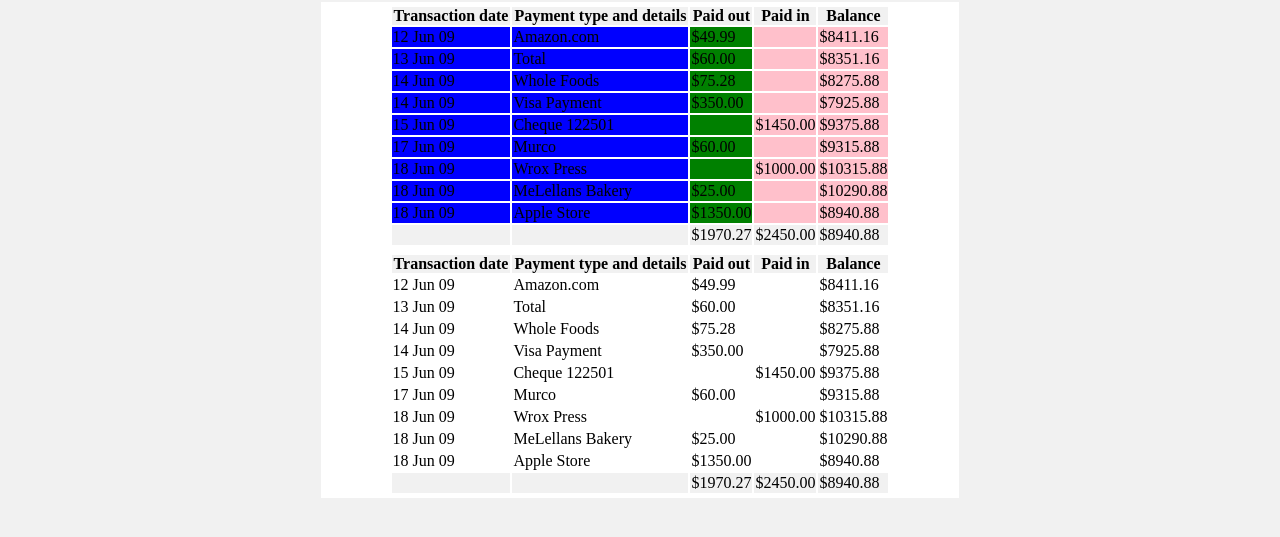
Repository: watermelonfee/HTCNWEB
Page: CSS/Tuan03/Bai3/Bai3.html
These files come from the project's save history. The page is drawn as it stood at one moment and after the next save; the edit follows.
The browser window is 1280 px wide. The pictures show the whole page.

Above is the page before, as saved 2023-03-13 23:25:34.

### CSS/Tuan03/Bai3/Bai3.html
<!DOCTYPE html>
<html lang="en">

<head>
    <meta charset="UTF-8">
    <meta name="viewport" content="width=device-width, initial-scale=1.0">
    <link rel="stylesheet" href="bai3.css">
    <title>bai3 CSS</title>
</head>

<body>
    <div id="content1" class="container-1">
        <table class="tab">
            <colgroup class="tab__colGr">
                <col class="tab__colGr__col1--background" span="2">
                <col class="tab__colGr__col2--background" span="1">
                <col class="tab__colGr__col3--background" span="2">
            </colgroup>
            <tr class="tab__tr">
                <th class="tab__tr__th">Transaction date</th>
                <th class="tab__tr__th">Payment type and details</th>
                <th class="tab__tr__th">Paid out</th>
                <th class="tab__tr__th">Paid in</th>
                <th class="tab__tr__th">Balance</th>
            </tr>
            <tr class="tab__tr">
                <td class="tab__tr__td">12 Jun 09</td>
                <td class="tab__tr__td">Amazon.com</td>
                <td class="tab__tr__td">$49.99</td>
                <td class="tab__tr__td"></td>
                <td class="tab__tr__td">$8411.16</td>
            </tr>
            <tr class="tab__tr">
                <td class="tab__tr__td">13 Jun 09</td>
                <td class="tab__tr__td">Total</td>
                <td class="tab__tr__td">$60.00</td>
                <td class="tab__tr__td"></td>
                <td class="tab__tr__td">$8351.16</td>
            </tr>
            <tr class="tab__tr">
                <td class="tab__tr__td">14 Jun 09</td>
                <td class="tab__tr__td">Whole Foods</td>
                <td class="tab__tr__td">$75.28</td>
                <td class="tab__tr__td"></td>
                <td class="tab__tr__td">$8275.88</td>
            </tr>
            <tr class="tab__tr">
                <td class="tab__tr__td">14 Jun 09</td>
                <td class="tab__tr__td">Visa Payment</td>
                <td class="tab__tr__td">$350.00</td>
                <td class="tab__tr__td"></td>
                <td class="tab__tr__td">$7925.88</td>
            </tr>
            <tr class="tab__tr">
                <td class="tab__tr__td">15 Jun 09</td>
                <td class="tab__tr__td">Cheque 122501</td>
                <td class="tab__tr__td"></td>
                <td class="tab__tr__td">$1450.00</td>
                <td class="tab__tr__td">$9375.88</td>
            </tr>
            <tr class="tab__tr">
                <td class="tab__tr__td">17 Jun 09</td>
                <td class="tab__tr__td">Murco</td>
                <td class="tab__tr__td">$60.00</td>
                <td class="tab__tr__td"></td>
                <td class="tab__tr__td">$9315.88</td>
            </tr>
            <tr class="tab__tr">
                <td class="tab__tr__td">18 Jun 09</td>
                <td class="tab__tr__td">Wrox Press</td>
                <td class="tab__tr__td"></td>
                <td class="tab__tr__td">$1000.00</td>
                <td class="tab__tr__td">$10315.88</td>
            </tr>
            <tr class="tab__tr">
                <td class="tab__tr__td">18 Jun 09</td>
                <td class="tab__tr__td">MeLellans Bakery</td>
                <td class="tab__tr__td">$25.00</td>
                <td class="tab__tr__td"></td>
                <td class="tab__tr__td">$10290.88</td>
            </tr>
            <tr class="tab__tr">
                <td class="tab__tr__td">18 Jun 09</td>
                <td class="tab__tr__td">Apple Store</td>
                <td class="tab__tr__td">$1350.00</td>
                <td class="tab__tr__td"></td>
                <td class="tab__tr__td">$8940.88</td>
            </tr>
            <tr class="tab__tr tab__tr--background">
                <td class="tab__tr__td"></td>
                <td class="tab__tr__td"></td>
                <td class="tab__tr__td">$1970.27</td>
                <td class="tab__tr__td">$2450.00</td>
                <td class="tab__tr__td">$8940.88</td>
            </tr>
        </table>
    </div>
    <div id="content2" class="container-2">
        <table class="tab">
            <colgroup class="tab__colGr">
                <col class="container-2__tab__colGr__col--background" span="2">
                <col class="container-2__tab__colGr__col--background" span="1">
                <col class="container-2__tab__colGr__col--background" span="2">
            </colgroup>
            <tr class="tab__tr">
                <th class="tab__tr__th">Transaction date</th>
                <th class="tab__tr__th">Payment type and details</th>
                <th class="tab__tr__th">Paid out</th>
                <th class="tab__tr__th">Paid in</th>
                <th class="tab__tr__th">Balance</th>
            </tr>
            <tr class="tab__tr">
                <td class="tab__tr__td">12 Jun 09</td>
                <td class="tab__tr__td">Amazon.com</td>
                <td class="tab__tr__td">$49.99</td>
                <td class="tab__tr__td"></td>
                <td class="tab__tr__td">$8411.16</td>
            </tr>
            <tr class="tab__tr">
                <td class="tab__tr__td">13 Jun 09</td>
                <td class="tab__tr__td">Total</td>
                <td class="tab__tr__td">$60.00</td>
                <td class="tab__tr__td"></td>
                <td class="tab__tr__td">$8351.16</td>
            </tr>
            <tr class="tab__tr">
                <td class="tab__tr__td">14 Jun 09</td>
                <td class="tab__tr__td">Whole Foods</td>
                <td class="tab__tr__td">$75.28</td>
                <td class="tab__tr__td"></td>
                <td class="tab__tr__td">$8275.88</td>
            </tr>
            <tr class="tab__tr">
                <td class="tab__tr__td">14 Jun 09</td>
                <td class="tab__tr__td">Visa Payment</td>
                <td class="tab__tr__td">$350.00</td>
                <td class="tab__tr__td"></td>
                <td class="tab__tr__td">$7925.88</td>
            </tr>
            <tr class="tab__tr">
                <td class="tab__tr__td">15 Jun 09</td>
                <td class="tab__tr__td">Cheque 122501</td>
                <td class="tab__tr__td"></td>
                <td class="tab__tr__td">$1450.00</td>
                <td class="tab__tr__td">$9375.88</td>
            </tr>
            <tr class="tab__tr">
                <td class="tab__tr__td">17 Jun 09</td>
                <td class="tab__tr__td">Murco</td>
                <td class="tab__tr__td">$60.00</td>
                <td class="tab__tr__td"></td>
                <td class="tab__tr__td">$9315.88</td>
            </tr>
            <tr class="tab__tr">
                <td class="tab__tr__td">18 Jun 09</td>
                <td class="tab__tr__td">Wrox Press</td>
                <td class="tab__tr__td"></td>
                <td class="tab__tr__td">$1000.00</td>
                <td class="tab__tr__td">$10315.88</td>
            </tr>
            <tr class="tab__tr">
                <td class="tab__tr__td">18 Jun 09</td>
                <td class="tab__tr__td">MeLellans Bakery</td>
                <td class="tab__tr__td">$25.00</td>
                <td class="tab__tr__td"></td>
                <td class="tab__tr__td">$10290.88</td>
            </tr>
            <tr class="tab__tr">
                <td class="tab__tr__td">18 Jun 09</td>
                <td class="tab__tr__td">Apple Store</td>
                <td class="tab__tr__td">$1350.00</td>
                <td class="tab__tr__td"></td>
                <td class="tab__tr__td">$8940.88</td>
            </tr>
            <tr class="tab__tr tab__tr--background">
                <td class="tab__tr__td"></td>
                <td class="tab__tr__td"></td>
                <td class="tab__tr__td">$1970.27</td>
                <td class="tab__tr__td">$2450.00</td>
                <td class="tab__tr__td">$8940.88</td>
            </tr>
        </table>
    </div>
</body>

</html>

### CSS/Tuan03/Bai3/bai3.css
* {
    margin: 0 auto;
    box-sizing: border-box;
    padding: 1px;
}

body {
    background-color: #f1f1f1;
}

.container-1,
.container-2 {
    background-color: white;
    width: 50%;
}

.tab {
    border: 1px solid white;
}

.tab__colGr__col1--background {
    background-color: blue;
}

.tab__colGr__col2--background {
    background-color: green;
}

.tab__colGr__col3--background {
    background-color: pink;
}

.tab__tr__th {
    background-color: #f1f1f1;
    padding: 0px 2px 0px 2px;
}

.tab__tr--background {
    background-color: #f1f1f1;
}

.container-2__tab__colGr__col--background {
    background-color: white;
}

After the next save:
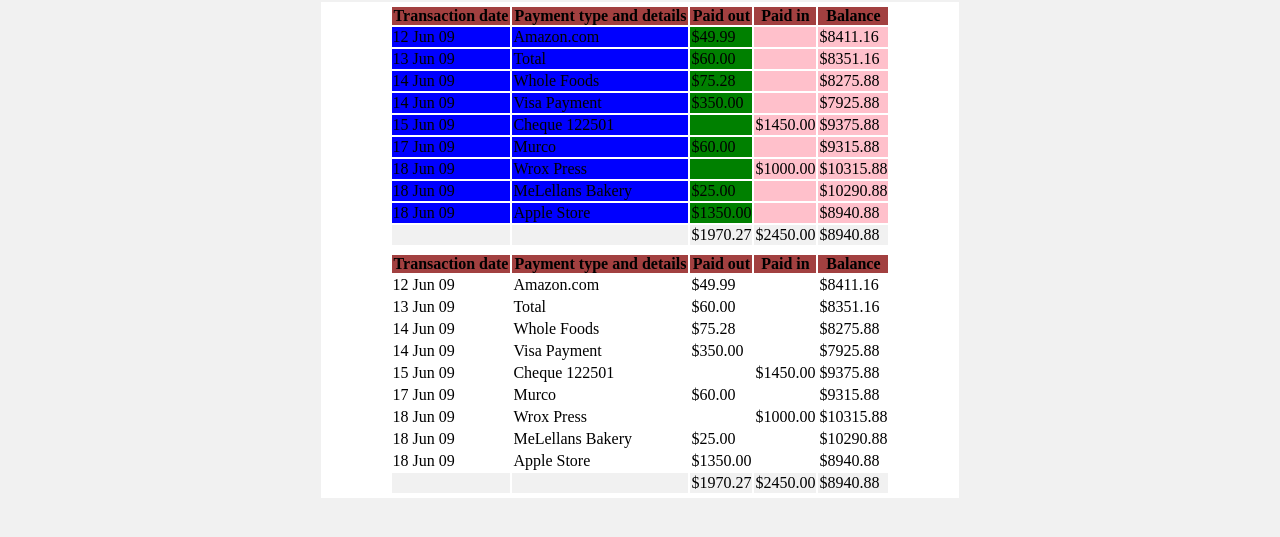
Saved 10 s later.
--- a/CSS/Tuan03/Bai3/bai3.css
+++ b/CSS/Tuan03/Bai3/bai3.css
@@ -31,7 +31,7 @@
 }
 
 .tab__tr__th {
-    background-color: #f1f1f1;
+    background-color: #a24040;
     padding: 0px 2px 0px 2px;
 }
 

After the save that followed:
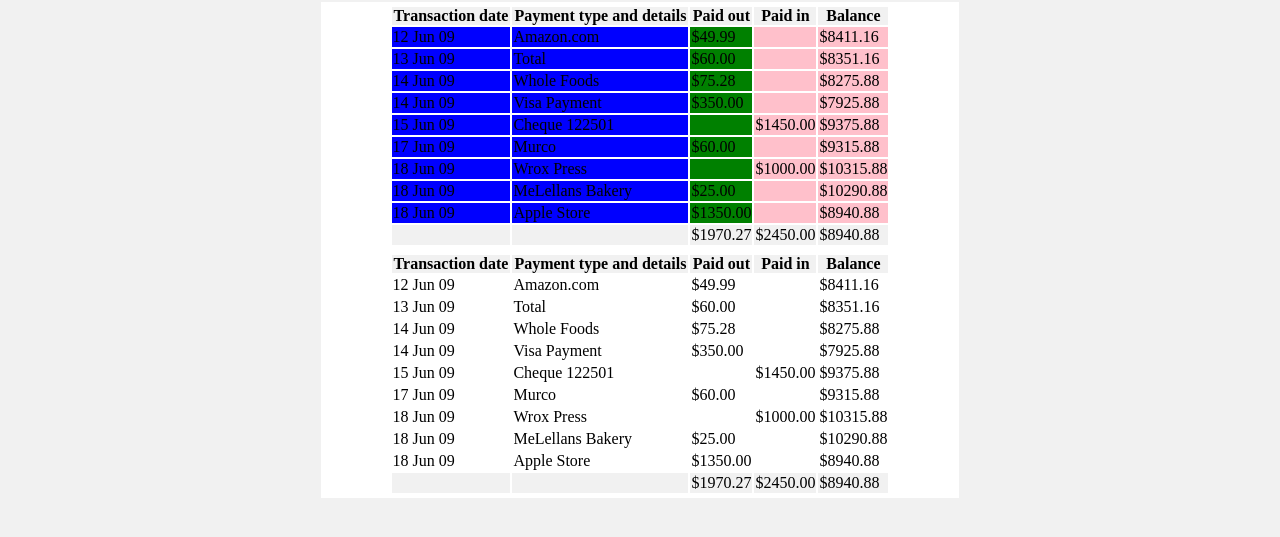
Saved 46 s later.
--- a/CSS/Tuan03/Bai3/bai3.css
+++ b/CSS/Tuan03/Bai3/bai3.css
@@ -31,7 +31,7 @@
 }
 
 .tab__tr__th {
-    background-color: #a24040;
+    background-color: #f1f1f1;
     padding: 0px 2px 0px 2px;
 }
 
